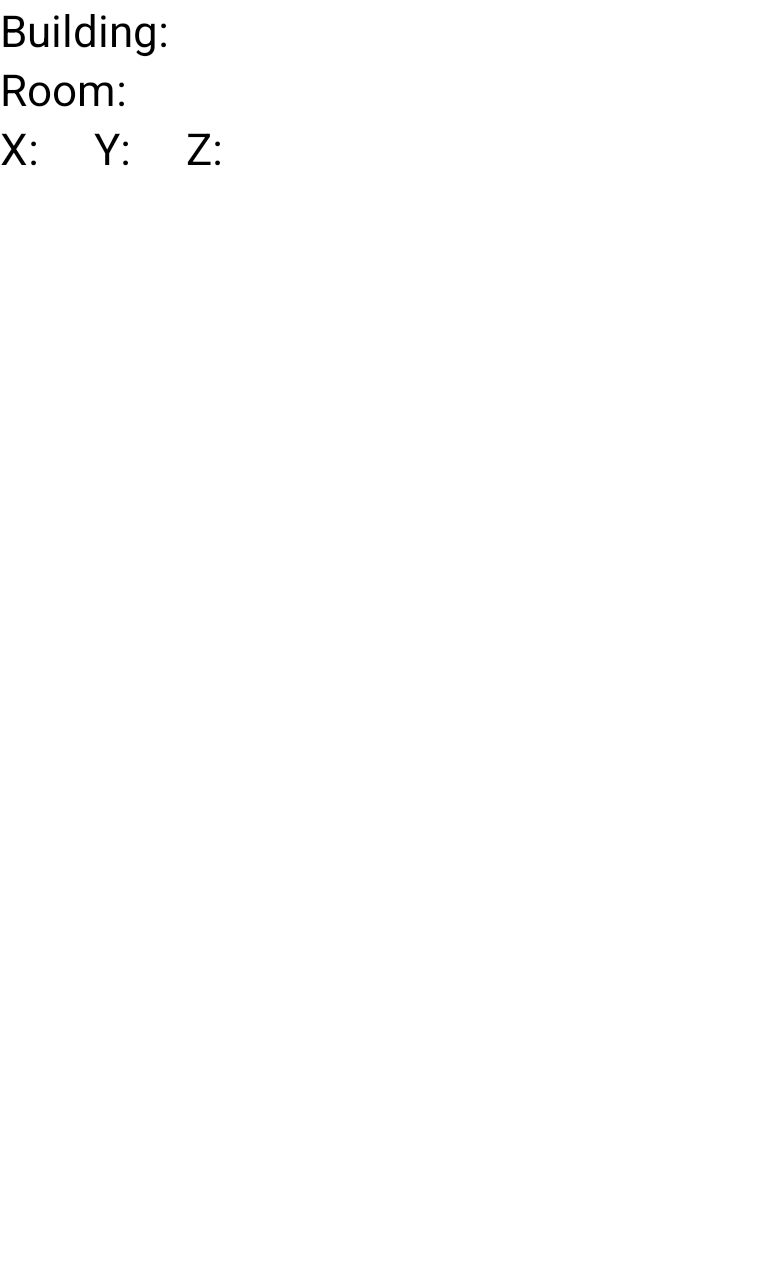
Repository: RenchuSong/tMap_Android
Layout: tmap_model_tool/res/layout/locating.xml
These files come from the project's save history. The layout is drawn as it stood at one moment and after the next save; the edit follows.
It is drawn on a 768 x 1280 px phone screen (xhdpi) without system bars, with theme AppTheme; the app's code is not run.

Above is the layout before, as saved 2014-05-11 22:30:17.

### tmap_model_tool/res/layout/locating.xml
<?xml version="1.0" encoding="utf-8"?>
<LinearLayout xmlns:android="http://schemas.android.com/apk/res/android"
    android:layout_width="match_parent"
    android:layout_height="match_parent"
    android:orientation="vertical" >

    <TextView
        android:id="@+id/building"
        android:layout_width="match_parent"
        android:layout_height="wrap_content"
        android:text="Building:"
        android:textAppearance="?android:attr/textAppearanceLarge" />

    <TextView
        android:id="@+id/room"
        android:layout_width="match_parent"
        android:layout_height="wrap_content"
        android:text="Room:"
        android:textAppearance="?android:attr/textAppearanceLarge" />

    <TextView
        android:id="@+id/location"
        android:layout_width="match_parent"
        android:layout_height="wrap_content"
        android:text="X:     Y:     Z:"
        android:textAppearance="?android:attr/textAppearanceLarge" />

    <RelativeLayout
        android:layout_width="match_parent"
        android:layout_height="match_parent"
        android:background="yellow" >
    </RelativeLayout>

</LinearLayout>

Loaded but not shown: tmap_model_tool/res/values/styles.xml (common file); tmap_model_tool/res/values-v11/styles.xml (common file); tmap_model_tool/res/values-v14/styles.xml (common file)

After the next save:
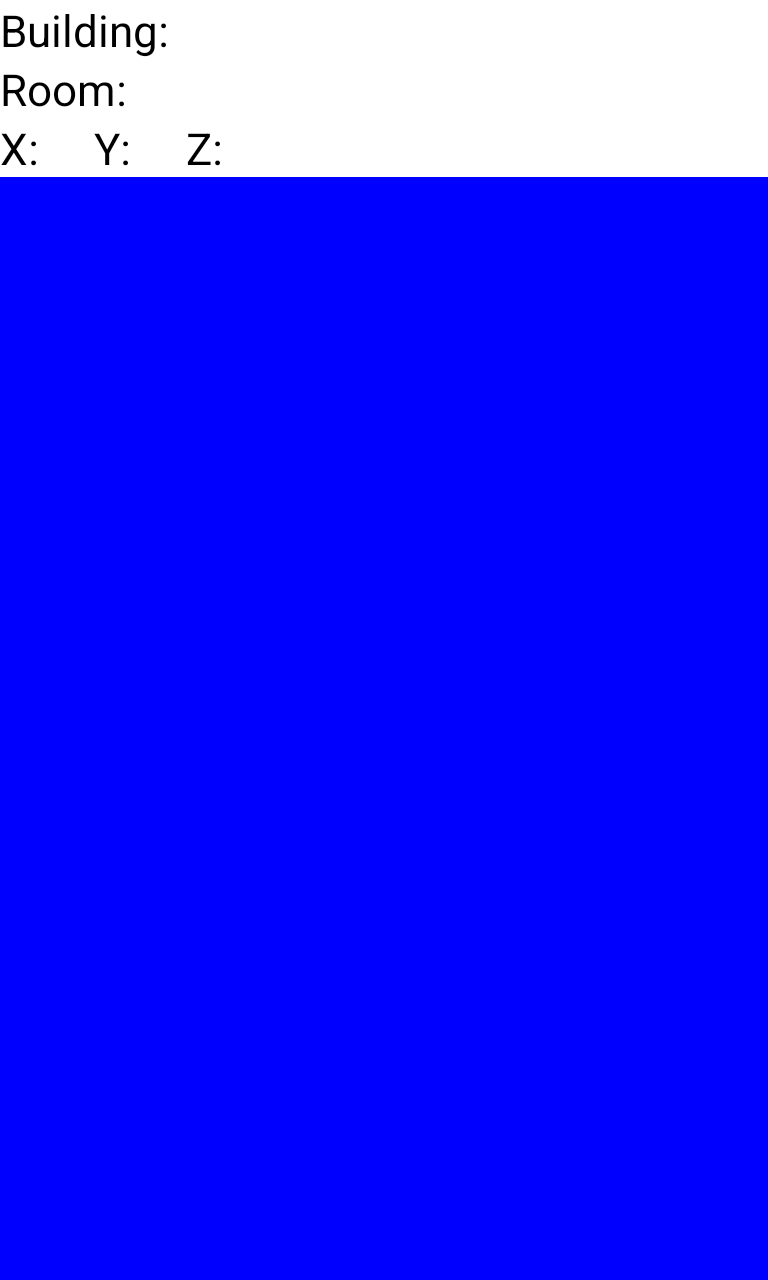
Saved 10 s later.
--- a/tmap_model_tool/res/layout/locating.xml
+++ b/tmap_model_tool/res/layout/locating.xml
@@ -28,7 +28,7 @@
     <RelativeLayout
         android:layout_width="match_parent"
         android:layout_height="match_parent"
-        android:background="yellow" >
+        android:background="#0000ff" >
     </RelativeLayout>
 
 </LinearLayout>
